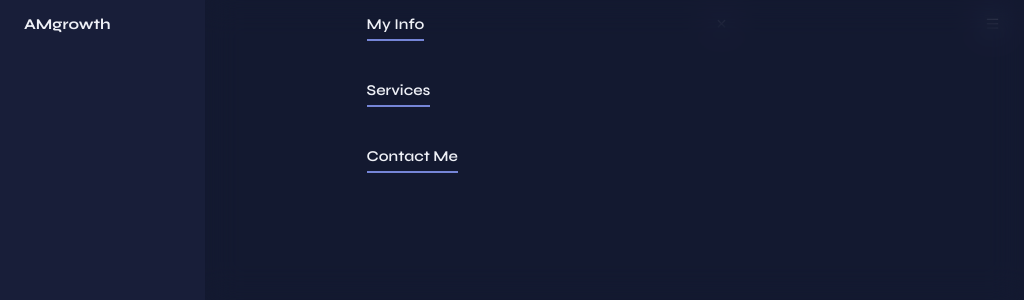
Repository: Ademaulana100499/portofolio
Page: index.html
An editor plug-in stored every save of this project. The page is shown before and after a run of saves, followed by the edit.
The browser window is 1024 px wide. The pictures show the whole page.
Some web fonts or font styles are not loaded; a fallback is used.

Above is the page before, as saved 2024-11-28 14:52:04.

### index.html
<!DOCTYPE html>
<html lang="en">
  <head>
    <meta charset="UTF-8" />
    <meta name="viewport" content="width=device-width, initial-scale=1.0" />
    <title>AMgrowth</title>
    <link rel="shortcut icon" href="assets/img/Favicon.png" />
    <link
      href="https://cdn.jsdelivr.net/npm/remixicon/fonts/remixicon.css"
      rel="stylesheet"
    />
    <link rel="stylesheet" href="assets/css/style.css" />
  </head>
  <body>
    <!-- HEADER -->
    <header class="header" id="header">
      <nav class="nav container">
        <a href="#" class="nav__logo">AMgrowth</a>

        <div class="nav__menu" id="nav-menu"></div>
        <ul class="nav__list">
          <li>
            <a href="#home" class="nav__link">Home</a>
          </li>
          <li>
            <a href="#project" class="nav__link">Project</a>
          </li>
          <li>
            <a href="#info" class="nav__link">My Info</a>
          </li>
          <li>
            <a href="#services" class="nav__link">Services</a>
          </li>
          <li>
            <a href="#contact" class="nav__link">Contact Me</a>
          </li>
        </ul>
        <!-- Close Button -->
        <div class="nav__close" id="nav-close">
          <i class="ri-close-line"></i>
        </div>
        <!-- Toggle Button -->
        <div class="nav__toggle" id="nav-toggle">
          <i class="ri-menu-line"></i>
        </div>
      </nav>
    </header>

    <!-- MAIN -->
    <main class="main" id="main"></main>

    <!-- FOOTER -->
    <footer class="footer" id="footer"></footer>
    <!-- SCROLL UP -->
    <!-- SCROLLREVEAL -->
    <script src=""></script>
    <!-- EMAIL JS -->
    <script src=""></script>
    <!-- MAIN JS -->
    <script src="assets/js/main.js"></script>
  </body>
</html>

### assets/css/style.css
@import url("https://fonts.googleapis.com/css2?family=Kite+One&family=Oooh+Baby&family=Orelega+One&family=Poppins:ital,wght@0,100;0,200;0,300;0,400;0,500;0,600;0,700;0,800;0,900;1,100;1,200;1,300;1,400;1,500;1,600;1,700;1,800;1,900&family=Syne:wght@400..800&display=swap");

/* VARIABLE CSS */
:root {
  --header-height: 3rem;

  /* Colors */
  --hue: 230;
  --first-color: hsl(var(--hue), 55%, 55%);
  --first-color-light: hsl(var(--hue), 55%, 65%);
  --first-color-alt: hsl(var(--hue), 50%, 50%);
  --title-color: hsl(var(--hue), 30%, 95%);
  --text-color: hsl(var(--hue), 20%, 80%);
  --text-color-light: hsl(var(--hue), 20%, 70%);
  --body-color: hsl(var(--hue), 40%, 16%);
  --container-color: hsl(var(--hue), 40%, 20%);

  /* Font and typography */
  --body-font: "Syne", sans-serif;
  --biggest-font-size: 3rem;
  --h1-font-size: 1.5rem;
  --h2-font-size: 1.25rem;
  --h3-font-size: 1rem;
  --normal-font-size: 0.938rem;
  --small-font-size: 0.813rem;
  --smaller-font-size: 0.75rem;

  /* Font weight */
  --font-regular: 400;
  --font-semi-bold: 600;
  --font-bold: 700;

  /* z index */
  --z-tooltip: 10;
  --z-fixed: 100;

  /* Responsive typography */
  @media screen and (min-width: 1150px) {
    :root {
      --biggest-font-size: 5.5rem;
      --big-font-size: 2.75rem;
      --h1-font-size: 2.25rem;
      --h2-font-size: 1.5rem;
      --h3-font-size: 1.25rem;
      --normal-font-size: 1.125rem;
      --small-font-size: 0.875rem;
    }
  }

  /* BASE */
  * {
    margin: 0;
    padding: 0;
    box-sizing: border-box;
  }

  html {
    scroll-behavior: smooth;
  }

  body,
  input,
  textarea,
  button {
    font-family: var(--body-font);
    font-size: var(--normal-font-size);
  }

  body {
    background-color: var(--body-color);
    color: var(--text-color);
  }
  input,
  button,
  textarea {
    outline: none;
    border: none;
  }

  h1,
  h2,
  h3 {
    color: var(--title-color);
    font-weight: var(--font-semi-bold);
  }
  p {
    line-height: 130%;
  }

  ul {
    list-style: none;
  }

  a {
    text-decoration: none;
  }

  img {
    max-width: 100%;
    max-width: 100%;
    height: auto;
  }

  /* REUSABLE CSS CLASSES */
  .container {
    max-width: 1120px;
    margin-inline: 1.5rem;
  }

  .grid {
    display: grid;
    gap: 1.5rem;
  }

  .section {
    padding-block: 5rem 2rem;
  }

  .section__title {
    font-size: var(--h1-font-size);
    text-align: center;
    margin-bottom: 2rem;
    font-weight: var(--font-bold);
  }
  main {
    overflow: hidden;
  }
}

/* HEADER & NAV */
.header {
  position: fixed;
  width: 100%;
  top: 0;
  left: 0;
  background-color: transparent;
  z-index: var(--z-fixed);
}
.nav {
  position: relative;
  height: var(--header-height);
  display: flex;
  justify-content: space-between;
  align-items: center;
}

.nav__logo {
  color: var(--title-color);
  font-weight: var(--font-bold);
}
.nav-toggle,
.nav-close {
  font-size: 1.5rem;
  cursor: pointer;
  color: var(--title-color);
}
/* Navigation for mobile */
@media screen and (max-width: 1150px) {
  .nav__menu {
    position: fixed;
    top: 0;
    right: 0;
    background-color: hsla(var(--hue), 70%, 4%, 0.2);
    backdrop-filter: blur(16px);
    -webkit-backdrop-filter: blur(16px);
    width: 80%;
    height: 100%;
    padding: 7rem 3rem;
    transition: right 0.4s;
  }
}
.nav__list {
  display: flex;
  flex-direction: column;
  row-gap: 3rem;
}
.nav__link {
  position: relative;
  color: var(--title-color);
  font-weight: var(--font-semi-bold);
  transition: color 0.4s;
}
.nav__link::after {
  content: "";
  width: 100%;
  height: 2px;
  background-color: var(--first-color-light);
  position: absolute;
  left: 0;
  bottom: -0.5rem;
  transition: width 0.3s;
}
.nav__link:hover {
  color: var(--first-color-light);
}
.nav__link:hover::after {
  width: 30%;
}

/* Show Menu */
/* Add blur to header */
/* Active link */

/* HOME */

Loaded but not shown: assets/js/main.js (no copy from this time; the picture is the same without it)

After the next 2 saves:
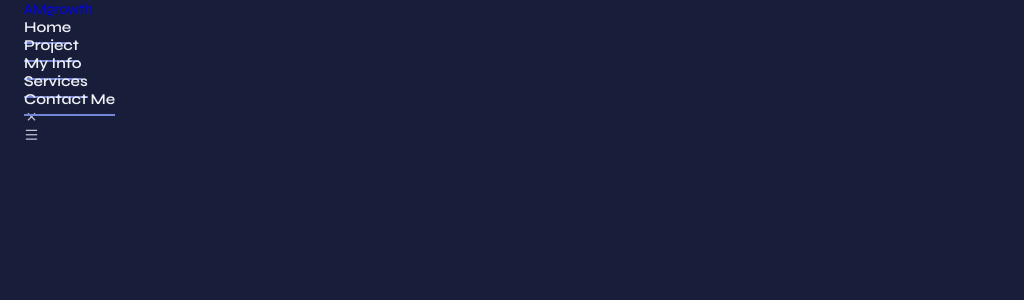
The 2 saves are shown as one change because they came seconds apart.
The last was saved 51 s later.
--- a/assets/css/style.css
+++ b/assets/css/style.css
@@ -136,44 +136,6 @@
   background-color: transparent;
   z-index: var(--z-fixed);
 }
-.nav {
-  position: relative;
-  height: var(--header-height);
-  display: flex;
-  justify-content: space-between;
-  align-items: center;
-}
-
-.nav__logo {
-  color: var(--title-color);
-  font-weight: var(--font-bold);
-}
-.nav-toggle,
-.nav-close {
-  font-size: 1.5rem;
-  cursor: pointer;
-  color: var(--title-color);
-}
-/* Navigation for mobile */
-@media screen and (max-width: 1150px) {
-  .nav__menu {
-    position: fixed;
-    top: 0;
-    right: 0;
-    background-color: hsla(var(--hue), 70%, 4%, 0.2);
-    backdrop-filter: blur(16px);
-    -webkit-backdrop-filter: blur(16px);
-    width: 80%;
-    height: 100%;
-    padding: 7rem 3rem;
-    transition: right 0.4s;
-  }
-}
-.nav__list {
-  display: flex;
-  flex-direction: column;
-  row-gap: 3rem;
-}
 .nav__link {
   position: relative;
   color: var(--title-color);
